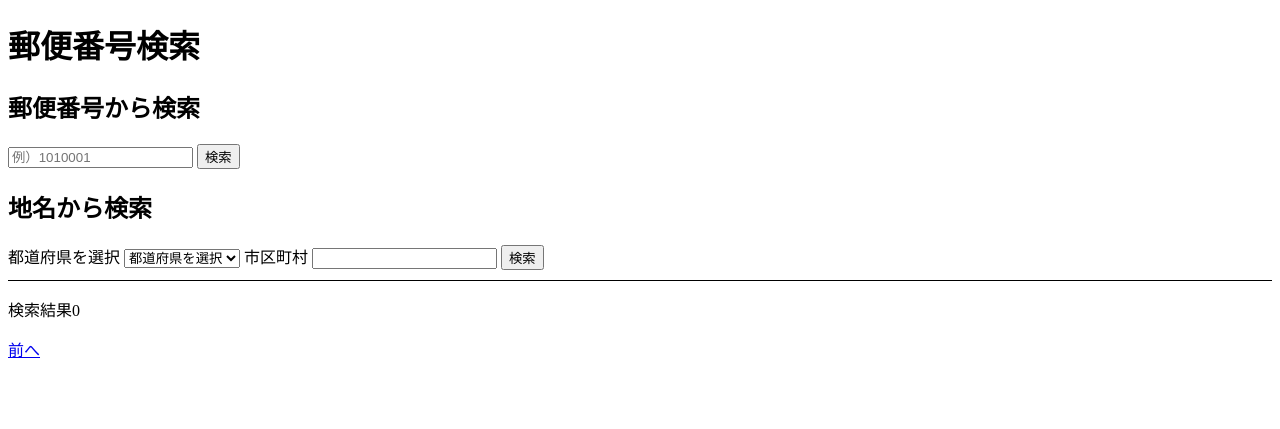
Repository: kawahito05-work/dc_work_nakano_kawahito_php
Page: http://localhost/htdocs/php17/practice_post_code_advanced.php
The author's editor kept a record of every edit. The page is drawn from the files as they stood at one moment, then again after the next edit.
The browser window is 1280 px wide. The pictures show the whole page.
The page is run by PHP 8.4 with error messages shown; the project is at /var/www/html/.

Above is the page before.

### htdocs/php17/practice_post_code_advanced.php
<?php
$regexp_zipcode = '/^[0-9]{7}/';
$err_msg = '';
$zipcode = '';
$limit = '';
$pref = '';
$address = '';
$max_page = '';
$postal_data = [];
$all_data = [];
$host = 'localhost';
$username = 'codecamp42254';
$passwd = 'codecamp42254';
$dbname = 'codecamp42254';
$link = mysqli_connect($host, $username, $passwd, $dbname);
$flag = FALSE;

//if(isset($_REQUEST['page']) && is_numeric($_REQUEST['page'])) {
if(isset($_REQUEST['page']) && is_numeric($_REQUEST['page'])) {
    //print $_GET['page'];
    //print $_GET['pref'];
    //print $_GET['address'];
    $page = $_REQUEST['page'];
    $limit = "LIMIT ".($page*10 + 1).",10";
}else{
    $page = 1;
    $limit = "LIMIT 1,10";
}


if (isset($_POST['zipcode']) === TRUE){

    $zipcode = $_POST['zipcode'];

        if (preg_match($regexp_zipcode, $zipcode) !== 1){

            $err_msg = '郵便番号は半角数字7桁で入力してください';

        }else{

        $flag = TRUE;
        mysqli_set_charset($link, 'utf8');
        $query = "SELECT postal_code, prefecture_katakana, district_katakana,
        street_katakana, prefecture, district, street FROM postal_data WHERE postal_code = '".$zipcode."';";
        print $query;
        $result = mysqli_query($link, $query);

        while ($row = mysqli_fetch_array($result)){

            $all_data[] = $row;

        }
        mysqli_free_result($result);
        mysqli_close($link);
    }
}

if ((isset($_POST['pref']) === TRUE && isset($_POST['address']) === TRUE)||($page > 1)){

    $flag = TRUE;
    $pref = $_REQUEST['pref'];
    $address = $_REQUEST['address'];
    mysqli_set_charset($link, 'utf8');

    $query = "SELECT postal_code, prefecture_katakana, district_katakana,
              street_katakana, prefecture, district, street FROM postal_data WHERE
              prefecture = '".$pref."' AND district LIKE '%".$address."%'".$limit.";";
    print $query;

    $result = mysqli_query($link, $query);

    while ($row = mysqli_fetch_array($result)){

        $postal_data[] = $row;

    }
    mysqli_free_result($result);


    $query = "SELECT postal_code, prefecture_katakana, district_katakana,
              street_katakana, prefecture, district, street FROM postal_data WHERE
              prefecture = '".$pref."' AND district LIKE '%".$address."%';";
    //print $query;

    $result = mysqli_query($link, $query);

    while ($row = mysqli_fetch_array($result)){

        $all_data[] = $row;

    }
    mysqli_free_result($result);

    mysqli_close($link);
}

?>
<!DOCTYPE html>
<html lang="ja">
<head>
    <meta charset="utf-8">
    <title>郵便番号検索</title>
    <style>
        .search_reslut {
            border-top: solid 1px;
            margin-top: 10px;
        }

        table {
            border-collapse: collapse;
        }
        table, tr, th, td {
            border: solid 1px;
        }
        caption {
            text-align: left;
        }
    </style>
</head>
<body>
    <h1>郵便番号検索</h1>
    <section>
        <h2>郵便番号から検索</h2>
        <form method="POST">
            <input type="text" name="zipcode" placeholder="例）1010001" value="">
            <input type="hidden" name="page" value="">
            <input type="hidden" name="search_method" value="zipcode">
            <input type="submit" value="検索">
        </form>
        <h2>地名から検索</h2>
        <form method="POST">
            都道府県を選択
            <select name="pref">
                <option value="" selected>都道府県を選択</option>
                <option value="北海道" >北海道</option>
                <option value="青森県" >青森県</option>
                <option value="岩手県" >岩手県</option>
                <option value="宮城県" >宮城県</option>
                <option value="秋田県" >秋田県</option>
                <option value="山形県" >山形県</option>
                <option value="福島県" >福島県</option>
                <option value="茨城県" >茨城県</option>
                <option value="栃木県" >栃木県</option>
                <option value="群馬県" >群馬県</option>
                <option value="埼玉県" >埼玉県</option>
                <option value="千葉県" >千葉県</option>
                <option value="東京都" >東京都</option>
                <option value="神奈川県" >神奈川県</option>
                <option value="新潟県" >新潟県</option>
                <option value="富山県" >富山県</option>
                <option value="石川県" >石川県</option>
                <option value="福井県" >福井県</option>
                <option value="山梨県" >山梨県</option>
                <option value="長野県" >長野県</option>
                <option value="岐阜県" >岐阜県</option>
                <option value="静岡県" >静岡県</option>
                <option value="愛知県" >愛知県</option>
                <option value="三重県" >三重県</option>
                <option value="滋賀県" >滋賀県</option>
                <option value="京都府" >京都府</option>
                <option value="大阪府" >大阪府</option>
                <option value="兵庫県" >兵庫県</option>
                <option value="奈良県" >奈良県</option>
                <option value="和歌山県" >和歌山県</option>
                <option value="鳥取県" >鳥取県</option>
                <option value="島根県" >島根県</option>
                <option value="岡山県" >岡山県</option>
                <option value="広島県" >広島県</option>
                <option value="山口県" >山口県</option>
                <option value="徳島県" >徳島県</option>
                <option value="香川県" >香川県</option>
                <option value="愛媛県" >愛媛県</option>
                <option value="高知県" >高知県</option>
                <option value="福岡県" >福岡県</option>
                <option value="佐賀県" >佐賀県</option>
                <option value="長崎県" >長崎県</option>
                <option value="熊本県" >熊本県</option>
                <option value="大分県" >大分県</option>
                <option value="宮崎県" >宮崎県</option>
                <option value="鹿児島県" >鹿児島県</option>
                <option value="沖縄県" >沖縄県</option>
            </select>
            市区町村
            <input type="text" name="address" value="">
            <input type="hidden" name="search_method" value="address">
            <input type="hidden" name="page" value="">
            <input type="submit" value="検索">
        </form>
    </section>
    <section class="search_reslut">
        <p>検索結果<?php print count($all_data); ?></p>
<?php
print $err_msg;
if (empty($postal_data) === FALSE){

    if ($flag === TRUE){

?>
<table>
    <tr>
        <td>郵便番号</td>
        <td>都道府県</td>
        <td>市長区村</td>
        <td>町域</td>
    </tr>
<?php
            foreach ($postal_data as $value){
?>
    <tr>
        <td><?php print $value[0] ?></td>
        <td><?php print $value[4] ?></td>
        <td><?php print $value[5] ?></td>
        <td><?php print $value[6] ?></td>
    </tr>
<?php
        }
    }
?>
</table>
<?php
}
$max_page = ceil(count($all_data)/10);
//if($now < $max_page){ // リンクをつけるかの判定
//if (count($postal_data)>10){
if ($page > 0) {
    //print '<a href=/php17/practice_post_code_advanced.php/?page='.($page-1).'&pref='.$pref.'&address='.$address.'>前へ</a>'. '　';
    print '<a href=/php17/practice_post_code_advanced.php/?page='.($page-1).'&pref='.$pref.'&address='.$address.'>前へ</a>'. '　';
}
if ($page < $max_page) {
    print '<a href=/php17/practice_post_code_advanced.php/?page='.($page+1).'&pref='.$pref.'&address='.$address.'>次へ</a>'. '　';
}
?>
    </section>
</body>
</html>

After the next edit:
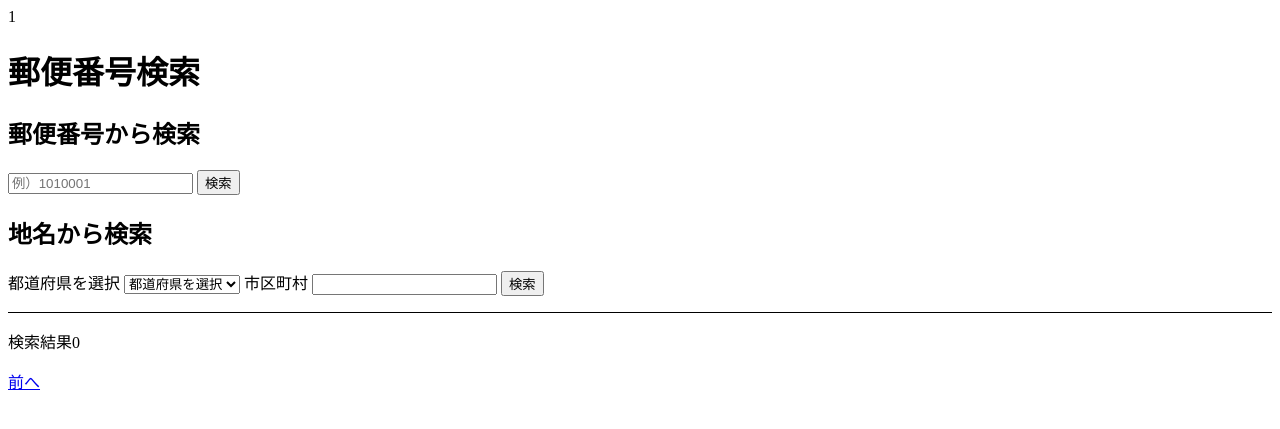
The edit:
--- a/htdocs/php17/practice_post_code_advanced.php
+++ b/htdocs/php17/practice_post_code_advanced.php
@@ -27,6 +27,7 @@
     $limit = "LIMIT 1,10";
 }
 
+print $page;
 
 if (isset($_POST['zipcode']) === TRUE){
 
